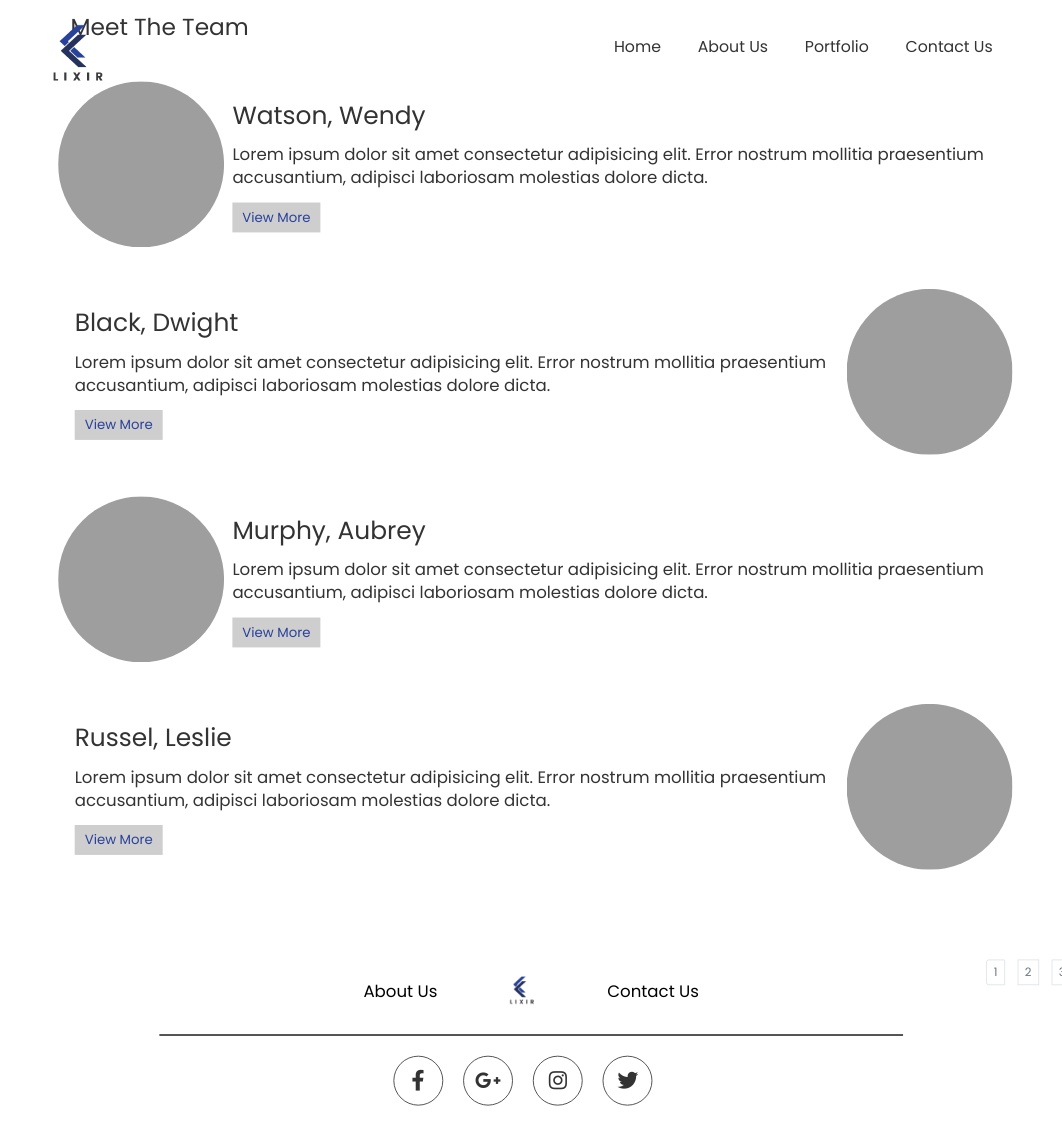
Repository: phiiileo/lit-page
Page: team-page.html
These files come from the project's save history. The page is drawn as it stood at one moment and after the next save; the edit follows.
The browser window is 1280 px wide. The pictures show the whole page, at 83% of full size.
Pictures or frames that could not be fetched are drawn as grey boxes. Some web libraries are served in a nearby version.

Above is the page before, as saved 2019-12-04 22:30:31.

After the next save:
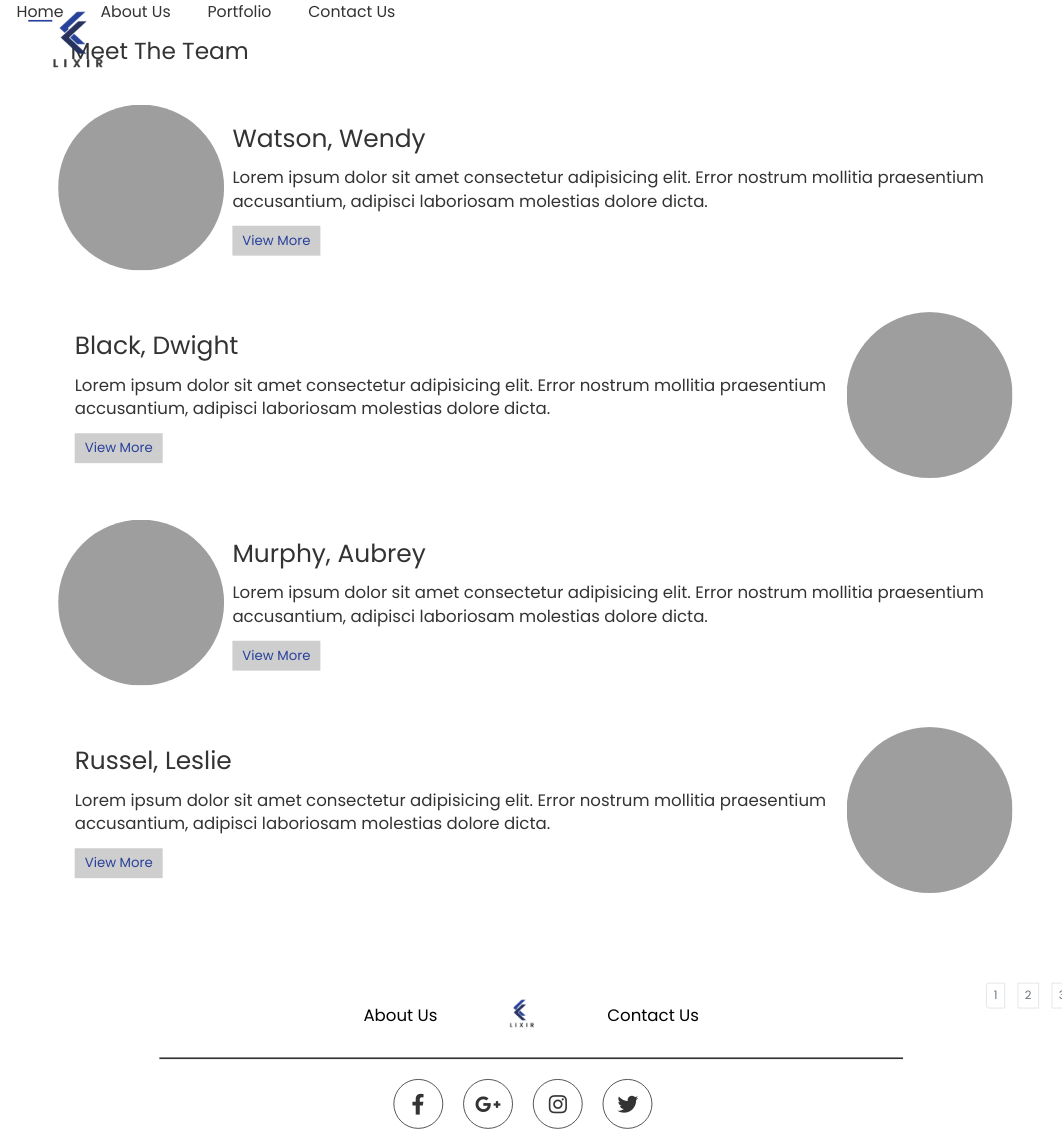
Saved 6 s later.
--- a/team-page.html
+++ b/team-page.html
@@ -17,9 +17,7 @@
 
 <body>
     <div>
-
-    </div>
-    <nav>
+         <nav>
         <div class="nav-logo">
             <img src="./image/lixir_logo.png" class="logo" alt="logo" width="70%" />
         </div>
@@ -36,6 +34,8 @@
             <a href="#">Contact Us</a>
         </div>
     </nav>
+    </div>
+
 
     <div class="container">
         <p>

After the 5 saves that followed:
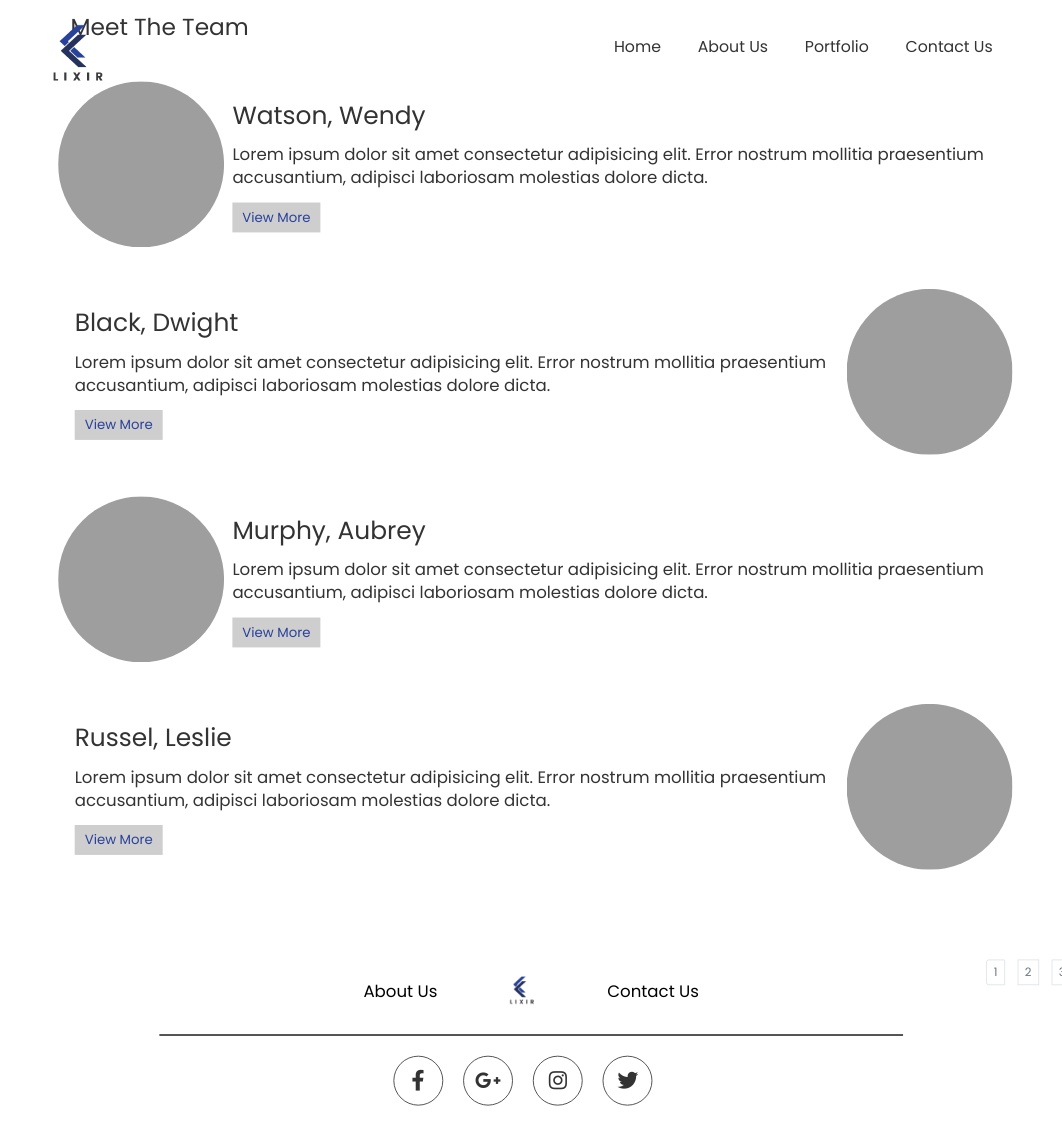
The 5 saves are shown as one change because 2 left the picture as it was and some came seconds apart.
The last was saved 33 s later.
--- a/team-page.html
+++ b/team-page.html
@@ -17,7 +17,9 @@
 
 <body>
     <div>
-         <nav>
+
+    </div>
+    <nav>
         <div class="nav-logo">
             <img src="./image/lixir_logo.png" class="logo" alt="logo" width="70%" />
         </div>
@@ -34,8 +36,6 @@
             <a href="#">Contact Us</a>
         </div>
     </nav>
-    </div>
-
 
     <div class="container">
         <p>
